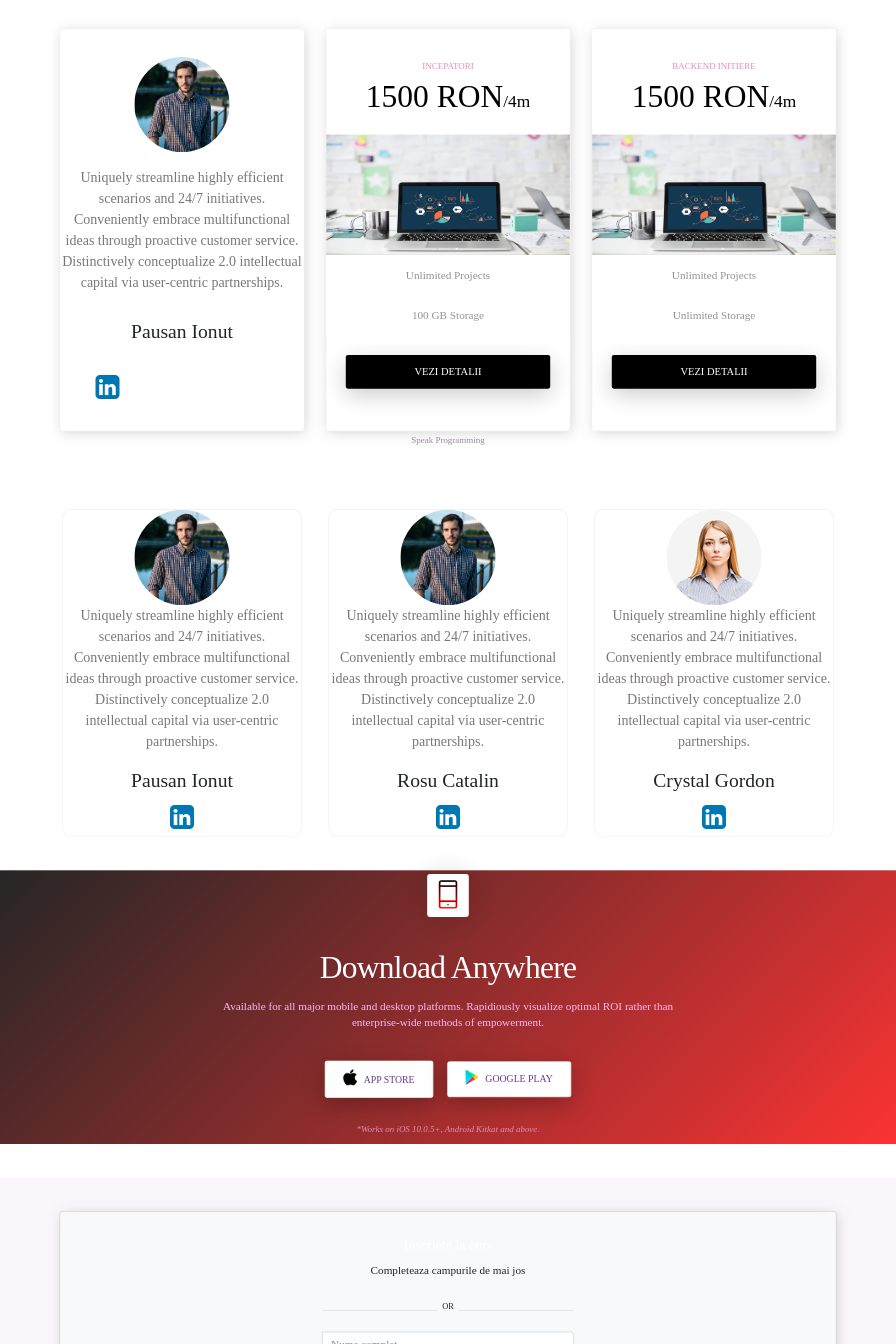
Repository: RosuCatalinDorin/ITSchool
Page: home-page/index.html
An editor plug-in stored every save of this project. The page is shown before and after the next save, followed by the edit.
The browser window is 1280 px wide. The pictures show the part of the page from y = 1426 to 3346 px (the page is 4211 px tall), at 70% of full size.
Some web libraries are served in a nearby version.

Above is the page before, as saved 2019-03-13 18:33:31.

After the next save:
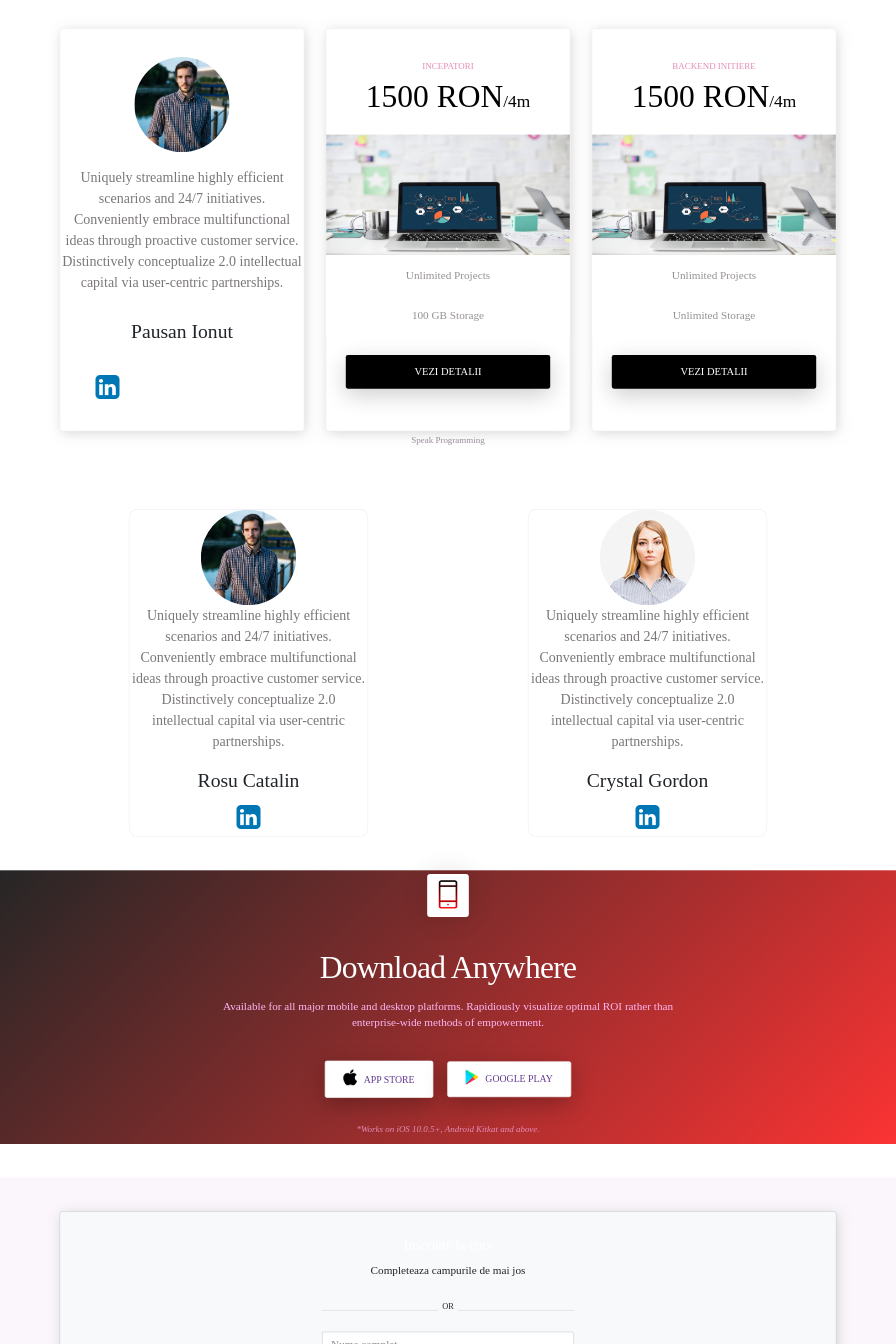
Saved 9 s later.
--- a/home-page/index.html
+++ b/home-page/index.html
@@ -197,12 +197,6 @@
                 <h3>Trainers</h3>
             </div>
             <div class="contentTem">
-                <div class="divNewTeam testimonials-single">
-                    <img src="../images/pozaIonutPausan.jpg" class="rounded-circle" alt="Cinque Terre" width="136" height="136">
-                    <blockquote class="blockquote">Uniquely streamline highly efficient scenarios and 24/7 initiatives. Conveniently embrace multifunctional ideas through proactive customer service. Distinctively conceptualize 2.0 intellectual capital via user-centric partnerships.</blockquote>
-                    <h5 class="mt-4 mb-2">Pausan Ionut</h5>
-                    <a href="#" class="btn"> <i class="fa fa-linkedin-square" style="font-size:40px; color:#0077B5"></i>  </a>
-                </div>
                 <div class="divNewTeam testimonials-single">
                     <img src="../images/pozaIonutPausan.jpg" class="rounded-circle" alt="Cinque Terre" width="136" height="136">
                     <blockquote class="blockquote">Uniquely streamline highly efficient scenarios and 24/7 initiatives. Conveniently embrace multifunctional ideas through proactive customer service. Distinctively conceptualize 2.0 intellectual capital via user-centric partnerships.</blockquote>
